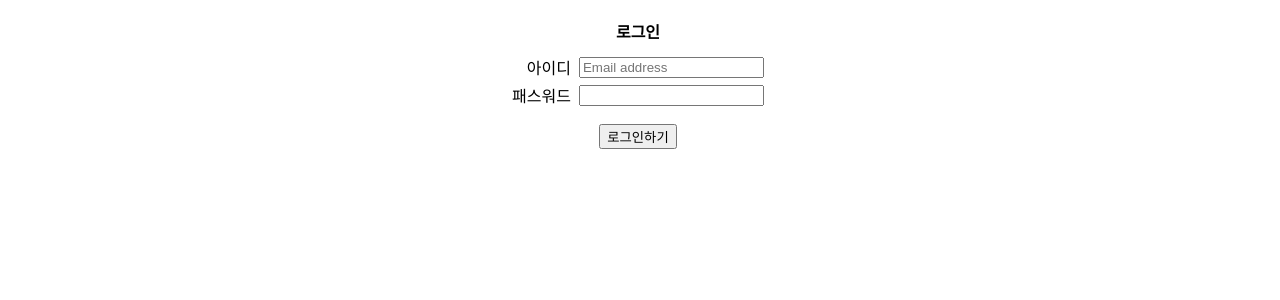
Repository: duke1327/jsp_2-1
Page: http://localhost/MySNS/loginForm.jsp
An editor plug-in stored every save of this project. The page is shown before and after the next save, followed by the edit.
The browser window is 1280 px wide. The pictures show the whole page.
The page is served by Tomcat 9. Other server files are loaded and not shown.

Above is the page before, as saved 2023-11-29 06:06:33.

### MySNS/src/main/webapp/loginForm.jsp
<%@ page language="java" contentType="text/html; charset=UTF-8"
    pageEncoding="UTF-8"%>
<!DOCTYPE html>
<html>
<head>
	<meta charset="UTF-8">
</head>
<body>
	<form action="login.jsp">
	<table align=center>
	<tr><td colspan=2 align=center height=40><b>로그인</b><td></tr>
	<tr>
		<td align=right>아이디&nbsp;</td>
		<td><input type="text" name="id" placeholder="Email address" required></td>
	</tr>
	<tr>
		<td align=right>패스워드&nbsp;</td>
		<td><input type="password" name="ps" required></td>
	</tr>
	<tr>
		<td colspan=2 align=center height=50>
			<input type="submit" value="로그인하기">
		</td>
	</tr>
	</table>
	</form>
</body>
</html>

After the next save:
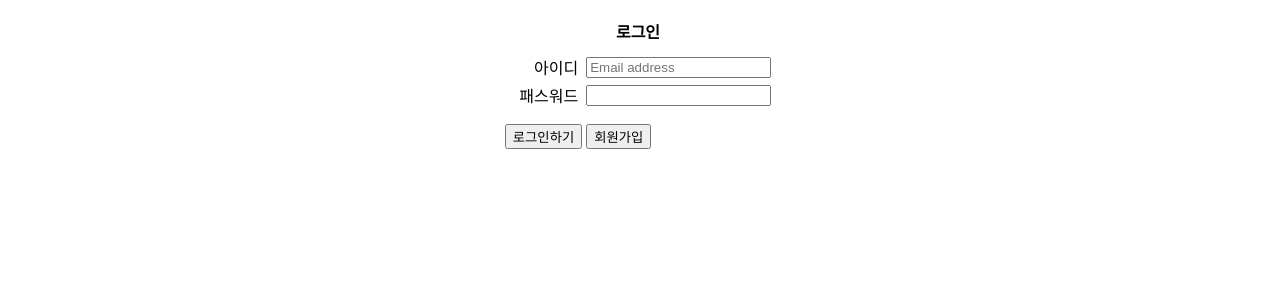
Saved 8 min 53 s later.
--- a/MySNS/src/main/webapp/loginForm.jsp
+++ b/MySNS/src/main/webapp/loginForm.jsp
@@ -18,8 +18,11 @@
 		<td><input type="password" name="ps" required></td>
 	</tr>
 	<tr>
-		<td colspan=2 align=center height=50>
+		<td height=50>
 			<input type="submit" value="로그인하기">
+		</td>
+		<td height=50>
+			<input type="button" value="회원가입" onclick="location.href='signupForm.jsp'">
 		</td>
 	</tr>
 	</table>
